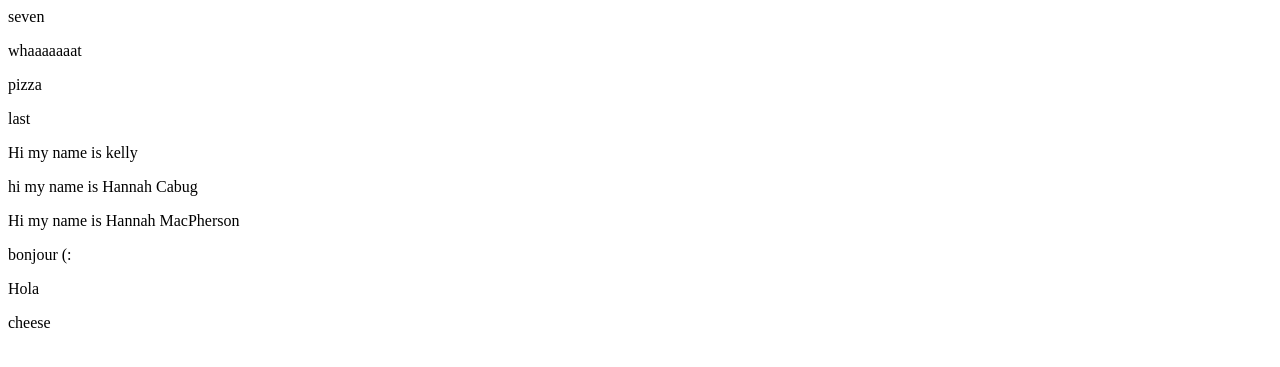
Repository: KellyMenzul/lab-4
Page: index.html
The author's editor kept a copy of each file at every save. The page is drawn from the files as they stood at one save, then again after a run of saves.
The browser window is 1280 px wide. The pictures show the whole page.

Above is the page before, as saved 2021-04-07 17:53:14.

### index.html
<html>
    <head>
        <title>Lab 4</title>

        <script>
            var a = new XMLHttpRequest()
            var b = new XMLHttpRequest()
            var c = new XMLHttpRequest()
            var d = new XMLHttpRequest()
            var e = new XMLHttpRequest()
            var f = new XMLHttpRequest()
            var g = new XMLHttpRequest()
            var h = new XMLHttpRequest()
            var i = new XMLHttpRequest()
            var j = new XMLHttpRequest()

            a.open("GET", "1.txt", true)
            b.open("GET", "2.txt", true)
            c.open("GET", "3.txt", true)
            d.open("GET", "4.txt", true)
            e.open("GET", "5.txt", true)
            f.open("GET", "6.txt", true)
            g.open("GET", "7.txt", true)
            h.open("GET", "8.txt", true)
            i.open("GET", "9.txt", true)
            j.open("GET", "10.txt", true)

            a.onreadystatechange=processData
            b.onreadystatechange=processData
            c.onreadystatechange=processData
            d.onreadystatechange=processData
            e.onreadystatechange=processData
            f.onreadystatechange=processData
            g.onreadystatechange=processData
            h.onreadystatechange=processData
            i.onreadystatechange=processData
            j.onreadystatechange=processData

            a.send(null)
            b.send(null)
            c.send(null)
            d.send(null)
            e.send(null)
            f.send(null)
            g.send(null)
            h.send(null)
            i.send(null)
            j.send(null)

            function processData()
            {
                if(a.readyState == 4 && b.readyState == 4 && c.readyState == 4 && d.readyState == 4 && e.readyState == 4 && f.readyState == 4 && g.readyState == 4 && h.readyState == 4 && i.readyState == 4 && j.readyState == 4)
                {

                    setTimeout(function(){
                        var p1 = document.createElement("p")
                        p1.innerHTML = a.responseText
                        document.body.appendChild(p1)
                    },1000)


                    setTimeout(function(){
                        var p2 = document.createElement("p")
                        p2.innerHTML = b.responseText
                        document.body.appendChild(p2)
                    },2000)

                    setTimeout(function(){
                        var p3 = document.createElement("p")
                        p3.innerHTML = c.responseText
                        document.body.appendChild(p3)
                    },3000)

                    setTimeout(function(){
                        var p4 = document.createElement("p")
                        p4.innerHTML = d.responseText
                        document.body.appendChild(p4)
                    },4000)

                    setTimeout(function(){
                        var p5 = document.createElement("p")
                        p5.innerHTML = e.responseText
                        document.body.appendChild(p5)
                    },5000)

                    setTimeout(function(){
                        var p6 = document.createElement("p")
                        p6.innerHTML = f.responseText
                        document.body.appendChild(p6)
                    },3000)

                    var p7 = document.createElement("p")
                    p7.innerHTML = g.responseText
                    document.body.appendChild(p7)

                    var p8 = document.createElement("p")
                    p8.innerHTML = h.responseText
                    document.body.appendChild(p8)

                    var p9 = document.createElement("p")
                    p9.innerHTML = i.responseText
                    document.body.appendChild(p9)

                    var p10 = document.createElement("p")
                    p10.innerHTML = j.responseText
                    document.body.appendChild(p10)
                }
            }
        </script>
    </head>
    <body>
    </body>
</html>

After the next 4 saves:
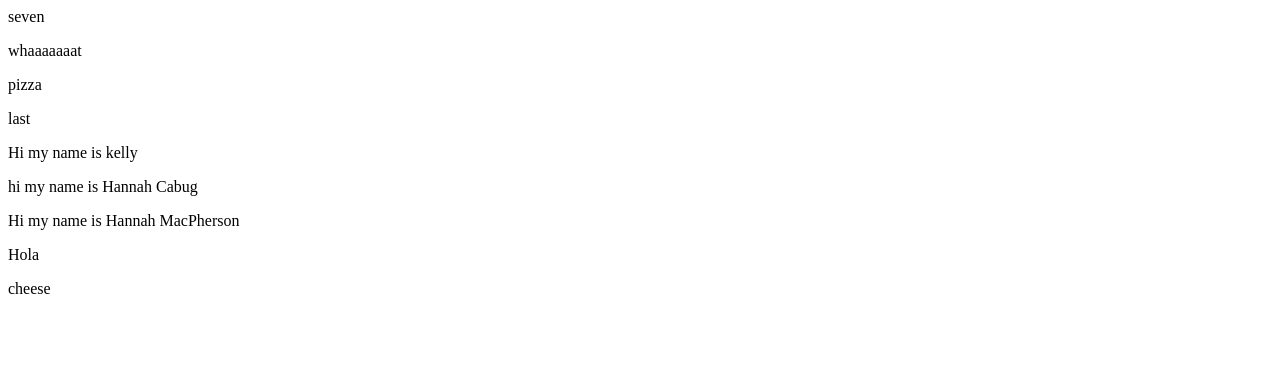
The 4 saves are shown as one change because they came seconds apart.
The last was saved 12 s later.
--- a/index.html
+++ b/index.html
@@ -87,8 +87,11 @@
                         var p6 = document.createElement("p")
                         p6.innerHTML = f.responseText
                         document.body.appendChild(p6)
-                    },3000)
+                    },6000)
 
+                    setTimeout(function(){
+
+                    },7000)
                     var p7 = document.createElement("p")
                     p7.innerHTML = g.responseText
                     document.body.appendChild(p7)
